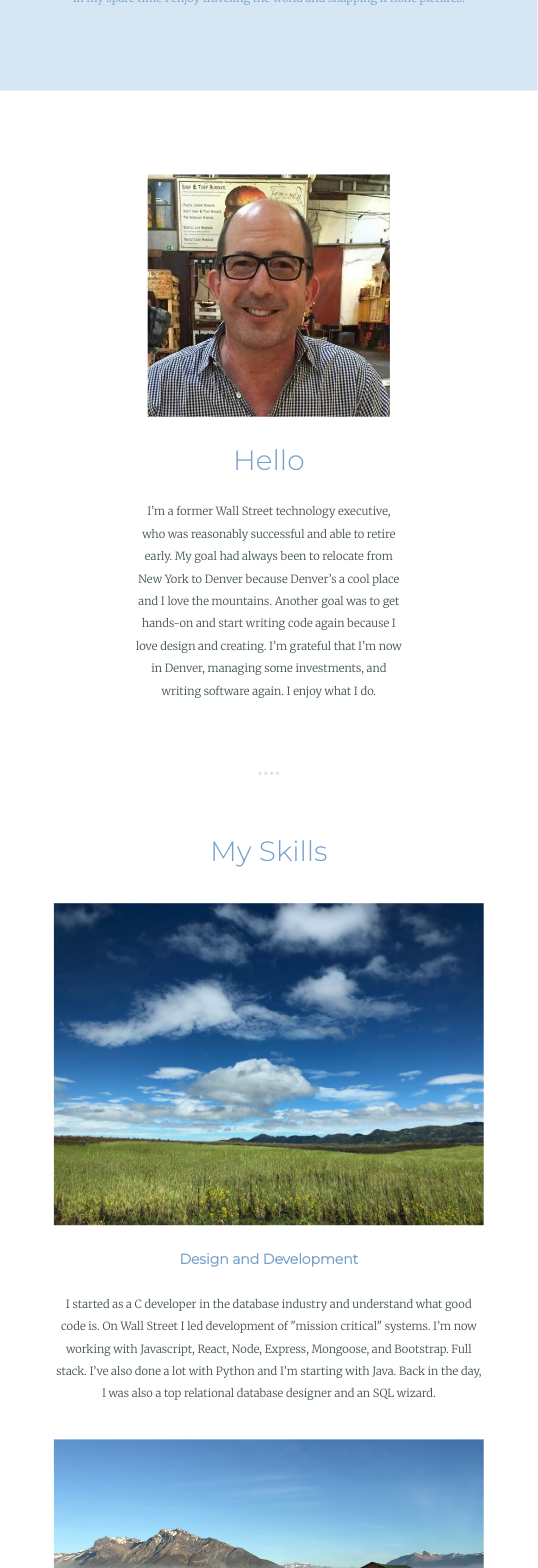
Repository: EpiTao-LLC/Personal_web_page
Page: index.html
These files come from the project's save history. The page is drawn as it stood at one moment and after the next save; the edit follows.
The browser window is 768 px wide. The pictures show the part of the page from y = 955 to 3195 px (the page is 4537 px tall before and 4648 px after), at 70% of full size.

Above is the page before, as saved 2020-08-30 17:04:11.

### index.html
<!DOCTYPE html>
<html lang="en">
<head>
    <meta charset="UTF-8">
    <meta name="viewport" content="width=device-width, initial-scale=1.0">
    <title>Chris Larson</title>
    <link rel="stylesheet" href="css/styles.css">
    <link href="https://fonts.googleapis.com/css2?family=Merriweather:wght@300&family=Montserrat:wght@300&family=Sacramento&display=swap" rel="stylesheet">
    <link rel="apple-touch-icon" sizes="180x180" href="favicon_package_v0.16/apple-touch-icon.png">
    <link rel="icon" type="image/png" sizes="32x32" href="favicon_package_v0.16/favicon-32x32.png">
    <link rel="icon" type="image/png" sizes="16x16" href="favicon_package_v0.16/favicon-16x16.png">
    <link rel="manifest" href="favicon_package_v0.16/site.webmanifest">
    <link rel="mask-icon" href="favicon_package_v0.16/safari-pinned-tab.svg" color="#5bbad5">
    <meta name="msapplication-TileColor" content="#da532c">
    <meta name="theme-color" content="#ffffff">
</head>
<body>
    <div class = "top-container">
        <h1>I'm Chris</h1>
        <h2>a software developer</h2>
        <img class="cover-img" src="images/Boats in Cambodia.jpeg" alt="Boats in Cambodia image">
        <p>In my spare time I enjoy traveling the world and snapping iPhone pictures.</p>
      </div>
    <div class="middle-container">
        <div class="profile">
          <br>
          <img class="my-img" src="images/Holiday_Denmark.jpeg"  alt="Chris Pic">
          <h2>Hello</h2>
          <p>
            I’m a former Wall Street technology executive, who was reasonably successful and able to retire early.  My
            goal had always been to relocate from New York to Denver because Denver’s a cool place and I love the mountains.
            Another goal was to get hands-on and start writing code again because I love design and creating.   I’m grateful
            that I’m now in Denver, managing some investments, and writing software again.  I enjoy what I do.
            </p>
        </div>
        <hr>
        <div class="skills">
          <h2>My Skills</h2>
          <div class="skill-row">
            <img class="skills-img-1" src="images/Ecuador.JPEG" alt="Equador picture">
            <div >
            <h3 class="for-mobile">Design and Development</h3>
            <p> I started as a C developer in the database industry and understand what good code is.  On Wall Street I led development
              of "mission critical" systems.  I’m now working with Javascript, React, Node, Express, Mongoose, and Bootstrap.  Full stack.
              I’ve also done a lot with Python and I’m starting with Java.  Back in the day, I was also a top relational
              database designer and an SQL wizard.
            </p>
             </div>
          </div>
          <div class="skill-row">
            <img class="skills-img-2" src="images/Ranch in Patagonia.JPEG" alt="Ranch in Patagonia">
            <h3 class="for-mobile">People Matter</h3>
            <p>Even more than I’m  into writing code and learning new technologies, I really love working with people
              --clients and fellow developers.  Thoughout my career, I’ve sought consensus and understanding new perspectives.   In
              my mind, there is always something to learn from others.  I value humility and service.  As either a leader
              or a follower, it always feels good to be a member of a team.
            </p>
          </div>
        </div>
        <hr>
        <div class="contact-me">
          <h2>Get In Touch</h2>
          <h3>if you need some work done, to partner on a project, or just to share some travel photos and stories.</h3>
          <p class="contact-message">I’m new to Denver, still establishing myself both socially and professionally.  It would be great to hear from you.</p>
          <a class="btn" href="mailto:chris@calarsonllc.com">CONTACT ME</a>
        </div>
      </div>
      <div class="bottom-container">
        <a class="footer-link" href="https://www.linkedin.com/in/christopheralarson//">LinkedIn</a>
        <a class="footer-link" href="https://github.com/clarson10024//">GitHub</a>
        <a class="footer-link" href="https://www.facebook.com/chris.larson">Facebook</a>
        <p class="copyright"> copyright © 2020 Chris Larson <br><br>
        <img class="logo-img" src="images/EpiTao_logo.jpg" alt="EpiTao logo">
        </p>
      </div>
</body>
</html>

### css/styles.css
body {
    margin: 0;
    text-align: center;
    font-family: 'Merriweather', serif;
    font-weight: normal;
    color:  #40514E;
}
h1 {
    margin: 0px auto 0 auto;
    font-family: 'Montserrat', sans-serif;
    font-size: 5rem;
    line-height: 2.0;
    color: #769FCD;
}
h2 {
    font-family: 'Montserrat', sans-serif;
    font-size: 2.5rem;
    font-weight: normal;
    color: #769FCD
}
h3 {
    font-family: 'Montserrat', sans-serif;
    font-weight: 900;
    color: #769FCD
}
p {
    line-height: 2;
}
hr {
    border-color:  #d6e6f2;
    border-width: 5px;
    border-style: dotted none none;
    height: 0px;
    width: 4%;
    margin: 100 auto 100 auto;
}
.top-container {
    background-color: #d6e6f2;
    color: #769FCD;
    position: relative;
    padding-top: 50px;
    padding-bottom: 100px;
}
.middle-container {
    margin-top: 100px;

}
.bottom-container {
    margin-top: 100px;
    padding: 30px 0 50px;
    font-size: 10px;
    background-color: #769FCD;
    color: #f7fbfc  ;
}
.profile{
    width: 50%;
    margin: 50px auto 100px auto;
    text-align: center;
}
.skills {
    margin-top: 50px;
}
.skill-row {
    width: 50%;
    margin: 50px auto 100px auto;
    text-align: left;
}
.contact-me {
    margin-top: 50px;
}
.contact-message {
    width: 40%;
    margin: 40px auto 60px;
}
.footer-link {
    font-size: 20px
}
.copyright {
    color: #b9d7ea;
    font-size: 0.5rem;
    padding: 20px 0;
}

.btn {
    background: #769FCD;
    background-image: -webkit-linear-gradient(top, #769FCD, #7A95C3);
    background-image: -moz-linear-gradient(top, #769FCD, #7A95C3);
    background-image: -ms-linear-gradient(top, #769FCD, #7A95C3);
    background-image: -o-linear-gradient(top, #769FCD, #7A95C3);
    background-image: linear-gradient(to bottom, #769FCD, #7A95C3);
    -webkit-border-radius: 8px;
    -moz-border-radius: 8px;
    border-radius: 8px;
    color: #FFFFFF;
    font-family: 'Montserrat', sans-serif;
    font-size: 14px;
    font-weight: 100;
    padding: 8px;
    border: solid #337FED 1px;
    text-decoration: none;
    display: inline-block;
    cursor: pointer;
    text-align: center;
}

.btn:hover {
    border: solid #337FED 1px;
    background: #7A95C3;
    background-image: -webkit-linear-gradient(top, #7A95C3, #769FCD);
    background-image: -moz-linear-gradient(top, #7A95C3, #769FCD);
    background-image: -ms-linear-gradient(top, #7A95C3, #769FCD);
    background-image: -o-linear-gradient(top, #7A95C3, #769FCD);
    background-image: linear-gradient(to bottom, #7A95C3, #769FCD);
    -webkit-border-radius: 7px;
    -moz-border-radius: 7px;
    border-radius: 7px;
    text-decoration: none;
}

a:link {
    font-family: 'Montserrat', sans-serif;
    text-decoration: none;
    color: #b9d7ea;
    margin: 10px 20px;

}
a:visited {
    color: #b9d7ea
}
a:hover{
    color: #f7fbfc
}
.cover-img {
    width: 70%;
    height: 70%;
    margin-bottom: 20px;
}
.my-img {
    width: 45%;
    height: 45%;
    float: fit-content;
}
.skills-img-1 {
    width: 45%;
    height: 45%;
    float: left;
    margin-right: 30px;
}
.skills-img-2 {
    width: 45%;
    height: 45%;
    float: right;
    margin-left: 30px;
}
.logo-img {
    width: 2.0%;
    height: 2.0%;
}

  /* Mobile Styling */

  @media (max-width: 780px) {
    h3 {
        font-size: 1.25rem;
        margin-left: 20px;
        margin-right: 20px;
    }

    .middle-container {
        text-align: center;
        position: relative;
        margin-top: 100px;

    }
    .skills {
        align-content: center;
    }
    .skill-row {
        display: block;
        width: 80%;
        margin: 50px auto 50px auto;
        text-align: center;
    }
    .for-mobile {
        display: inline-flex;
        content: '\a\a';
        white-space: pre;
    }
    .my-img {
        width: 90%;
        height: 90%
    }
    .skills-img-1, .skills-img-2, .cover-img{

        width: 100%;
        height: 100%;
        padding: 0;
        float: fit-content;
        margin-left: 0px;
        margin-right: 0px;
        margin-bottom: 1rem;
    }
    .skills-img-1:after, .skills-img-2:after{
        display: inline-flex;
        content: '\a\a';
        white-space: pre;
    }
    .contact-me {
        margin-top: 50px;
        margin-left: 15px;
        margin-right: 15px
    }
    .bottom-container {
        text-align: center;
        margin-top: 100px;
        padding: 30px 0 50px;
        font-size: 10px;
        background-color: #769FCD;
        color: #f7fbfc  ;
    }
    logo-img {
        width: 100px;
        height: 100px;
    }
}

After the next save:
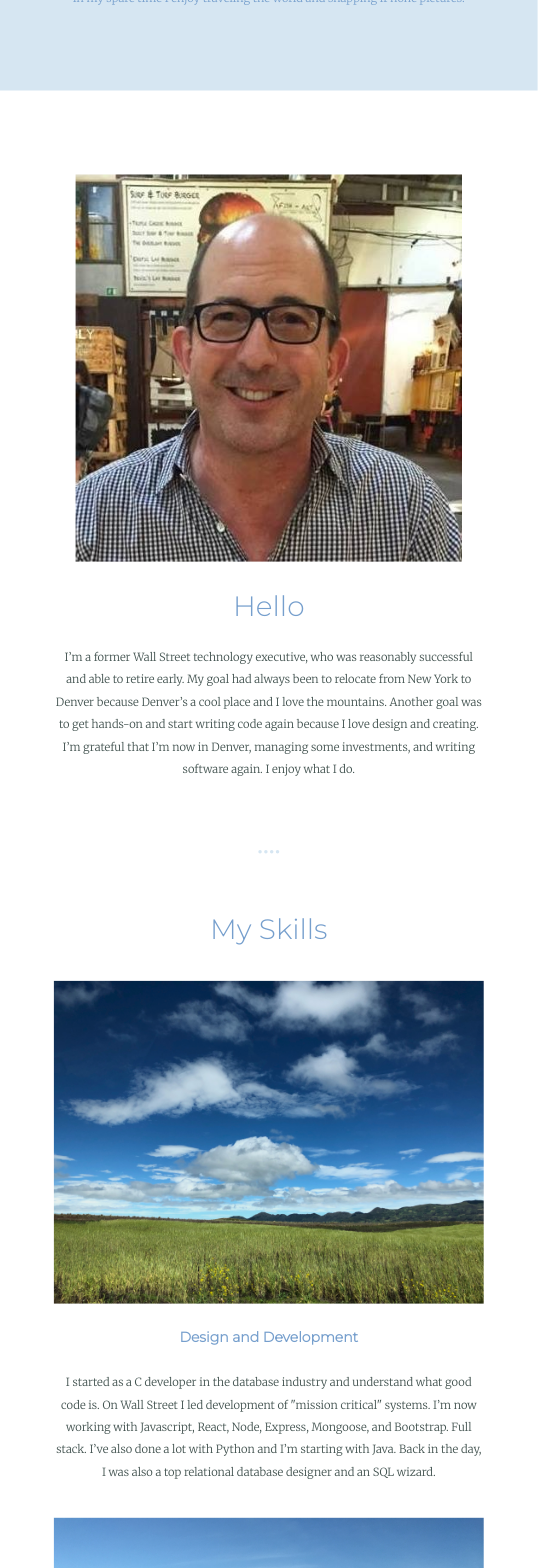
Saved 4 min 9 s later.
--- a/css/styles.css
+++ b/css/styles.css
@@ -135,6 +135,11 @@ a:hover{
     height: 70%;
     margin-bottom: 20px;
 }
+.profile{
+    width: 50%;
+    margin: 50px auto 100px auto;
+    text-align: center;
+}
 .my-img {
     width: 45%;
     height: 45%;
@@ -164,6 +169,11 @@ a:hover{
         font-size: 1.25rem;
         margin-left: 20px;
         margin-right: 20px;
+    }
+    .profile{
+        width: 80%;
+        margin: 50px auto 100px auto;
+        text-align: center;
     }
 
     .middle-container {
